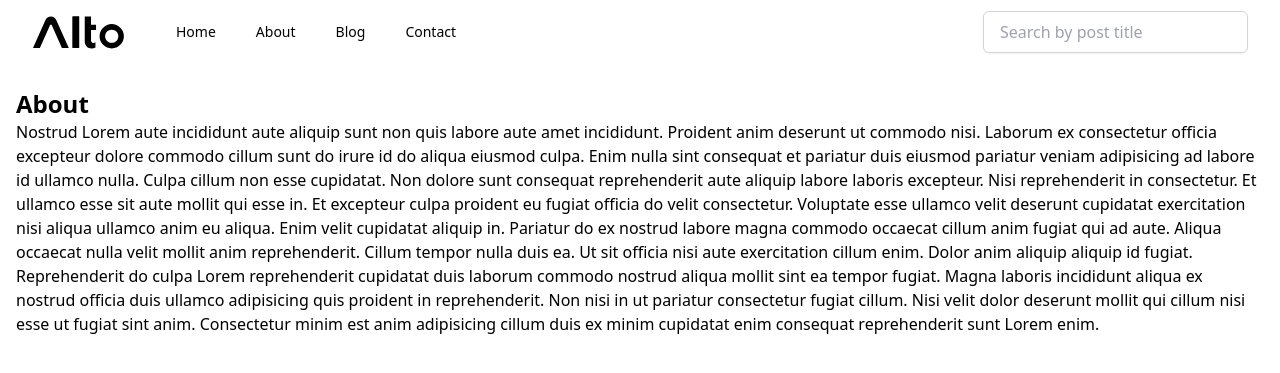
Repository: marianozamora/react-vitest
Page: /about
These files come from the project's save history. The page is drawn as it stood at one moment and after the next save; the edit follows.
The browser window is 1280 px wide. The pictures show the whole page.
The project was rebuilt for these pictures with package versions that can differ from the ones it lists, and the page was loaded fresh each time. Also part of the build but not shown: vite.config.ts, src/components/03-components/ImageHero.tsx, src/components/05-pages/Home.tsx, src/components/04-layouts/PostList.tsx, src/components/05-pages/Posts.tsx, src/components/03-components/AddPost.tsx, src/components/05-pages/ErrorPage.tsx, src/components/03-components/YoutubeVideo.tsx and 2 more.

Above is the page before, as saved 2023-05-07 05:33:23.

### src/main.tsx
import React, { Children } from 'react'
import ReactDOM from 'react-dom/client'
//import React from 'react'
import { Route, createBrowserRouter, createRoutesFromElements, RouterProvider } from 'react-router-dom';

import Home from './components/05-pages/Home'
import About from './components/05-pages/About'
import Blog from './components/05-pages/About'
import Contact from './components/05-pages/About'

import Navbar from "./components/02-molecules/NavBar";
import './index.css'
import { Layout } from './components/04-layouts/Layout';
import Posts from './components/05-pages/Posts'
import PostEdit from './components/03-components/AddPost'
import ErrorPage from './components/05-pages/ErrorPage';
import DetailPost from './components/05-pages/DetailPost';
import EditPost from './components/03-components/EditPost';

const router = createBrowserRouter(
  createRoutesFromElements(
    <Route path="/"
      errorElement={<ErrorPage />}
      element={<Layout />} >
      <Route index element={<Home />} />
      <Route path="about" element={<About />} />
      <Route path="blog" element={<Blog />} />
      <Route path="contact" element={<Contact />} />
      <Route path="posts" element={<Posts />} />
      <Route path="posts/:postId" element={<DetailPost />} />
      <Route path="posts/edit/:postId" element={<EditPost />} />

      <Route path="add-post" element={<PostEdit />} />

    </Route>
  )
)

ReactDOM.createRoot(document.getElementById('root') as HTMLElement).render(
  <React.StrictMode>
      <RouterProvider router={router} />
  </React.StrictMode>,
)

### src/components/05-pages/About.tsx
import { LoremIpsum } from "lorem-ipsum";

const lorem = new LoremIpsum({
  sentencesPerParagraph: {
    max: 8,
    min: 4
  },
  wordsPerSentence: {
    max: 16,
    min: 4
  }
});

const About = () => {
  return (
    <>
      <h1 className="font-bold text-2xl">About</h1>
      <p>{ lorem.generateParagraphs(4) }</p>
    </>
  )
}

export default About

### src/index.css
@tailwind base;
@tailwind components;
@tailwind utilities;


body{
  background-color: white;
  color: black;
}

### src/components/04-layouts/Layout.tsx
import React from 'react'
import { Outlet } from 'react-router-dom';
// import Navbar from '../02-molecules/NavBar';
import Header from '../03-components/Header';
import Container from '../04-layouts/Container';

export const Layout = ({ children }: any) => {
    return (
        <div>
        <Header />
        <Container>
        <Outlet />
        </Container>
        {/* <Footer /> */}
        </div>
    )
}

### src/components/03-components/Header.tsx
import NavBar from "../02-molecules/NavBar";
import SearchBar from "./SearchBar";
import { usePostStore } from '../../store/postStore';
import {useNavigate} from 'react-router-dom'

export default function Header() {
  const { posts } = usePostStore();
  const navigate = useNavigate();
  return (
    <div className="flex items-center justify-between ">
      <NavBar />
          <SearchBar
              posts={posts}
              onSelectPost={(post) => navigate(`posts/${post.id}`)}
          />
    </div>
  );
}

### src/components/04-layouts/Container.tsx
import React, { ReactNode } from 'react';
import { ContainerProps } from '../../types/interfaces';

const Container: React.FC<ContainerProps> = ({ children }) => {
    return <div className="container mx-auto px-4 mt-6">{children}</div>;
};

export default Container;

### src/store/postStore.ts
import { create } from 'zustand';
import { v4 as uuidv4 } from 'uuid';
import { Post, PostState } from '../types/interfaces';

const getDataStorage = () => {
    const data = localStorage.getItem('posts');
    return data ? JSON.parse(data) : [];
};
const initialState = {
    posts: getDataStorage(),
};



export const usePostStore = create<PostState>((set, get) => ({
    posts: initialState.posts,
    addPost: (post) => {
        post.id = uuidv4();
        set(
            (state) => ({ posts: [...state.posts, post] }))
        localStorage.setItem('posts', JSON.stringify([...initialState.posts, post]));
    },
    removePost: (post) =>
        set((state) => ({
            posts: state.posts.filter((p) => p !== post),
        })),
    editPost: (post: Post) =>
        set((state) => ({
            posts: state.posts.map((p) => (p.id === post.id ? post : p)),
        })),
    getPost: (id: string) => {
        const data = get();
        const post = data.posts.find((p) => p.id === id);
        return post;
    }


}));

### src/components/02-molecules/NavBar.tsx
import React from 'react';
//import * as LinkC from '../01-atoms/Link';
import { Link } from 'react-router-dom';
import Logo
    from '../01-atoms/Logo';
const Navbar: React.FC = () => {
    return (
        <nav className="bg-white text-black">
        <div className="max-w-7xl mx-auto px-4 sm:px-6 lg:px-8">
            <div className="flex items-center justify-between h-16">
            <div className="flex items-center">
                <div className="flex-shrink-0">
                <Link to="/">
                 <Logo
                    />
                </Link>
                </div>
                <div className="hidden md:block">
                <div className="ml-10 flex items-baseline space-x-4">
                    <Link
                    to="/"
                    className="text-black hover:text-gray-300 px-3 py-2 rounded-md text-sm font-medium"
                    >
                    Home
                    </Link>
                    <Link
                    to="/about"
                    className="text-black hover:text-gray-300 px-3 py-2 rounded-md text-sm font-medium"
                    >
                    About
                    </Link>
                    <Link
                    to="/blog"
                    className="text-black hover:text-gray-300 px-3 py-2 rounded-md text-sm font-medium"
                    >
                    Blog
                    </Link>
                    <Link
                    to="/contact"
                    className="text-black hover:text-gray-300 px-3 py-2 rounded-md text-sm font-medium"
                    >
                    Contact
                    </Link>
                </div>
                </div>
            </div>
            </div>
        </div>
        </nav>
    );
};

export default Navbar;

### src/components/03-components/SearchBar.tsx
import React, { useState } from 'react';
import { Post, SearchBarProps } from '../../types/interfaces';

const SearchBar: React.FC<SearchBarProps> = ({ posts, onSelectPost }) => {
    const [searchText, setSearchText] = useState('');
    const [searchResults, setSearchResults] = useState<Post[]>([]);

    const handleSearchTextChange = (event: React.ChangeEvent<HTMLInputElement>) => {
        const searchText = event.target.value;
        setSearchText(searchText);

        // Perform search logic here
        const filteredPosts = posts.filter((post) =>
        post.title.toLowerCase().includes(searchText.toLowerCase())
        );
        setSearchResults(filteredPosts);
    };

    const handlePostSelection = (post: Post) => {
        onSelectPost(post);
        setSearchText('');
        setSearchResults([]);
    };

    return (
        <div className="space-y-2 mr-8">
        <input
          type="text"
          value={searchText}
          onChange={handleSearchTextChange}
          placeholder="Search by post title"
          className="px-4 py-2 border border-gray-300 rounded-md shadow-sm focus:outline-none focus:ring-2 focus:ring-blue-500"
        />
        <ul className="space-y-2 absolute">
          {searchResults.map((post) => (
            <li
              key={post.id}
              onClick={() => handlePostSelection(post)}
              className="cursor-pointer hover:bg-gray-100 px-4 py-2 rounded-md"
            >
              {post.title}
            </li>
          ))}
        </ul>
      </div>
    );
};

export default SearchBar;

### src/components/01-atoms/Logo/index.tsx
import React from 'react';
import logoImage from '../.././../assets/logo.svg';

const Logo: React.FC = () => {
    return <img src={logoImage} alt="Logo" />;
};

export default Logo;

Loaded but not shown: index.html (common file); tailwind.config.js (common file)

After the next save:
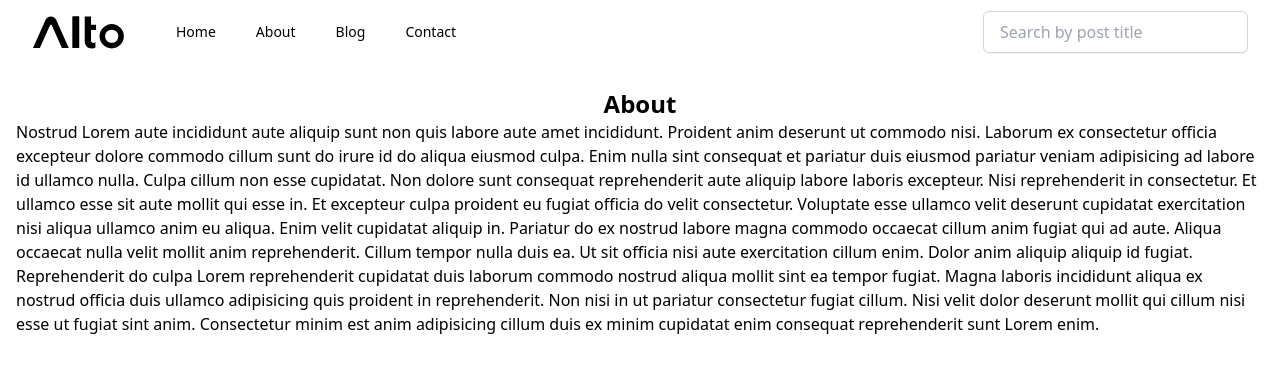
Saved 7 s later.
--- a/src/components/05-pages/About.tsx
+++ b/src/components/05-pages/About.tsx
@@ -14,7 +14,7 @@ const lorem = new LoremIpsum({
 const About = () => {
   return (
     <>
-      <h1 className="font-bold text-2xl">About</h1>
+      <h1 className="font-bold text-2xl text-center">About</h1>
       <p>{ lorem.generateParagraphs(4) }</p>
     </>
   )
